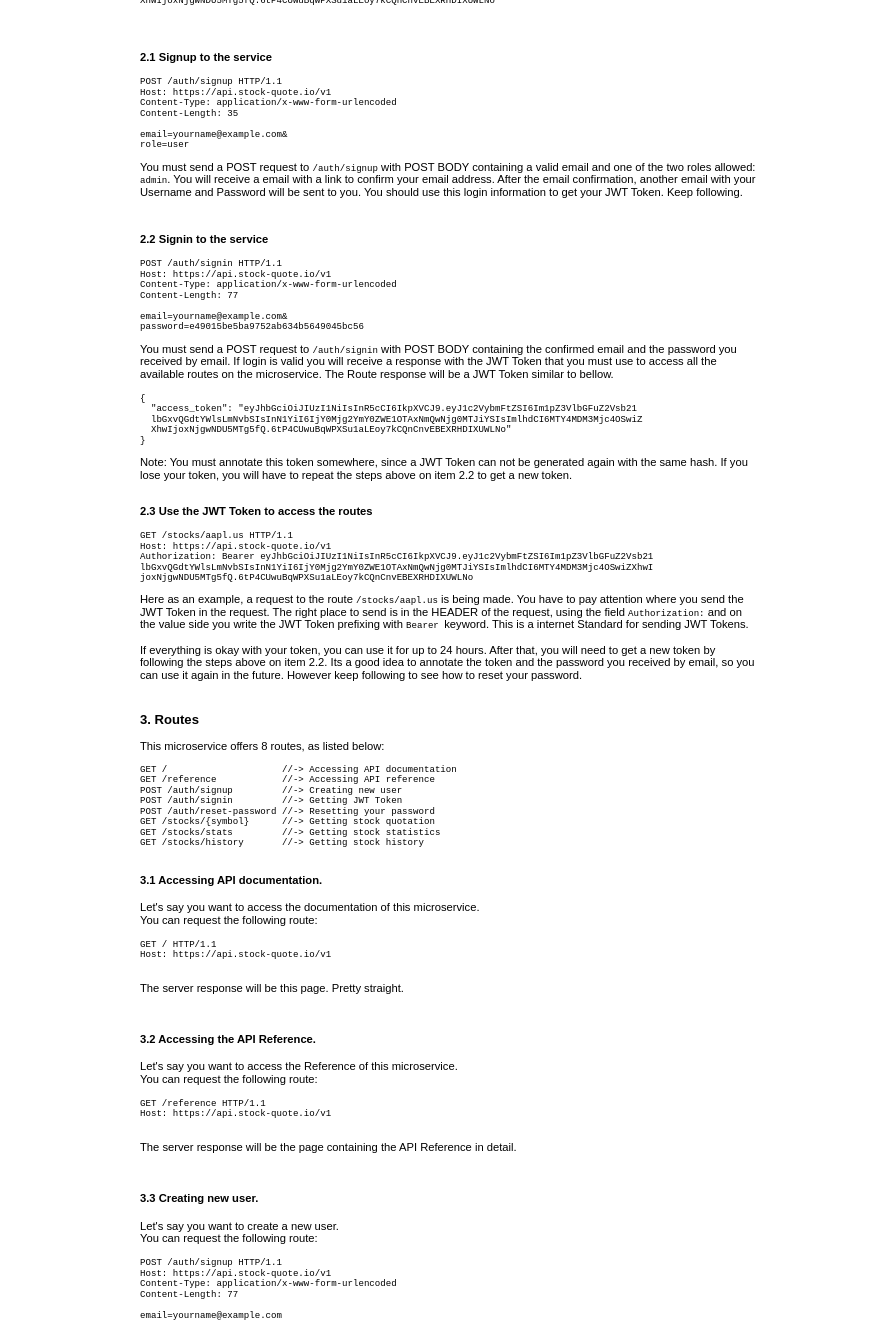
Repository: miguelamello/nest-js
Page: stock-service/documentation.html
The author's editor kept a copy of each file at every save. The page is drawn from the files as they stood at one save, then again after a run of saves.
The browser window is 1280 px wide. The pictures show the part of the page from y = 591 to 2511 px (the page is 6883 px tall before and 6901 px after), at 70% of full size.

Above is the page before, as saved 2023-04-03 14:08:17.

### stock-service/documentation.html
<!DOCTYPE html>
<html lang="en">
<head>
  <meta charset="UTF-8">
  <meta http-equiv="X-UA-Compatible" content="IE=edge">
  <meta name="viewport" content="width=device-width, initial-scale=1.0">
  <title>STOCK QUOTE MICROSERVICE DOCUMENTATION</title>
  <style>
    body {
      font-family: Arial, Helvetica, sans-serif;
      padding: 3% 15%;
    }
    h3 {
      margin-top: 5%;
    }
    pre {
      margin: 0;
      overflow: auto;
    }
  </style>
</head>
<body>
  <h2>STOCK QUOTE MICROSERVICE DOCUMENTATION</h2>
  <p>
    This microservice aims to facilitate the acquisition of stock exchange quotes from various
    companies in US and UK. Please follow the documentation to get a complete understanding
    of how the service works.
  </p>

  <h3>1. Entrypoint</h3>
  <code>https://api.stock-quote.io/v1</code>
  <p>
    All routes starts from the entrypoint above. Accessing this entrypoint will
    retrieve the STOCK QUOTE MICROSERVICE DOCUMENTATION in a friendly presentation,
    as easy to read as this page can be.
  </p>

  <p>If you want for a more detailed documentation, you should navigate to the
    STOCK QUOTE MICROSERVICE REFERENCE where you will find more technical
    explanations about the service.
  </p>

  <pre>
GET /reference HTTP/1.1
Host: https://api.stock-quote.io/v1
  </pre>

  <h3>2. Authentication</h3>
  <p>A JSON Web Token (JWT) Authentication is required for some routes on the microservice.
    Below are listed the steps that must be followed to get a valid JWT Token. The token is
    a string similar to the following:
  </p>

  <pre>
eyJhbGciOiJIUzI1NiIsInR5cCI6IkpXVCJ9.eyJ1c2VybmFtZSI6Im1pZ3VlbGFuZ2Vsb21
lbGxvQGdtYWlsLmNvbSIsInN1YiI6IjY0Mjg2YmY0ZWE1OTAxNmQwNjg0MTJiYSIsImlhdCI6MTY4MDM3Mjc4OSwiZ
XhwIjoxNjgwNDU5MTg5fQ.6tP4CUwuBqWPXSu1aLEoy7kCQnCnvEBEXRHDIXUWLNo
  </pre>
  <p>

    <br><div><b>2.1 Signup to the service</b></div><br>

    <pre>
POST /auth/signup HTTP/1.1
Host: https://api.stock-quote.io/v1
Content-Type: application/x-www-form-urlencoded
Content-Length: 35

email=yourname@example.com&
role=user
    </pre>

    <div>You must send a POST request to <code>/auth/signup</code> with POST BODY containing a valid email
      and one of the two roles allowed: <code>admin</code>.
      You will receive a email with a link to confirm your email address. After the email confirmation,
      another email with your Username and Password will be sent to you. You should use this login
      information to get your JWT Token. Keep following.</div>
    </div>
  </p>

  <p>
    <br><div><b>2.2 Signin to the service</b></div><br>

    <pre>
POST /auth/signin HTTP/1.1
Host: https://api.stock-quote.io/v1
Content-Type: application/x-www-form-urlencoded
Content-Length: 77

email=yourname@example.com&
password=e49015be5ba9752ab634b5649045bc56
    </pre>

    <div>You must send a POST request to <code>/auth/signin</code> with POST BODY containing the
      confirmed email and the password you received by email. If login is valid you will
      receive a response with the JWT Token that you must use to access all the available
      routes on the microservice. The Route response will be a JWT Token similar to bellow.
    </div><br>

    <pre>
{
  "access_token": "eyJhbGciOiJIUzI1NiIsInR5cCI6IkpXVCJ9.eyJ1c2VybmFtZSI6Im1pZ3VlbGFuZ2Vsb21
  lbGxvQGdtYWlsLmNvbSIsInN1YiI6IjY0Mjg2YmY0ZWE1OTAxNmQwNjg0MTJiYSIsImlhdCI6MTY4MDM3Mjc4OSwiZ
  XhwIjoxNjgwNDU5MTg5fQ.6tP4CUwuBqWPXSu1aLEoy7kCQnCnvEBEXRHDIXUWLNo"
}
    </pre>

    <div>Note: You must annotate this token somewhere, since a JWT Token can not be generated
      again with the same hash. If you lose your token, you will have to repeat the steps above
      on item 2.2 to get a new token.
    </div><br>

  </p>

  <p>
    <div><b>2.3 Use the JWT Token to access the routes</b></div><br>

    <pre>
GET /stocks/aapl.us HTTP/1.1
Host: https://api.stock-quote.io/v1
Authorization: Bearer eyJhbGciOiJIUzI1NiIsInR5cCI6IkpXVCJ9.eyJ1c2VybmFtZSI6Im1pZ3VlbGFuZ2Vsb21
lbGxvQGdtYWlsLmNvbSIsInN1YiI6IjY0Mjg2YmY0ZWE1OTAxNmQwNjg0MTJiYSIsImlhdCI6MTY4MDM3Mjc4OSwiZXhwI
joxNjgwNDU5MTg5fQ.6tP4CUwuBqWPXSu1aLEoy7kCQnCnvEBEXRHDIXUWLNo
    </pre>

    <div>Here as an example, a request to the route <code>/stocks/aapl.us</code> is being made.
      You have to pay attention where you send the JWT Token in the request. The right place to
      send is in the HEADER of the request, using the field <code>Authorization:</code> and on the
      value side you write the JWT Token prefixing with <code>Bearer </code> keyword. This is a internet
      Standard for sending JWT Tokens.
    </div><br>

    <div>
      If everything is okay with your token, you can use it for up to 24 hours. After that, you will
      need to get a new token by following the steps above on item 2.2. Its a good idea to annotate
      the token and the password you received by email, so you can use it again in the future. However
      keep following to see how to reset your password.
    </div>
  </p>

  <h3>3. Routes</h3>

  <p>This microservice offers 8 routes, as listed below:</p>

  <pre>
GET /                     //-> Accessing API documentation
GET /reference            //-> Accessing API reference
POST /auth/signup         //-> Creating new user
POST /auth/signin         //-> Getting JWT Token
POST /auth/reset-password //-> Resetting your password
GET /stocks/{symbol}      //-> Getting stock quotation
GET /stocks/stats         //-> Getting stock statistics
GET /stocks/history       //-> Getting stock history
  </pre>

  <h4>3.1 Accessing API documentation.</h4>

  <p>
    <div>Let's say you want to access the documentation of this microservice.</div>
    <div>You can request the following route:</div><br>
    <pre>
GET / HTTP/1.1
Host: https://api.stock-quote.io/v1
    </pre>

    <p>The server response will be this page. Pretty straight.</p>
  </p>

  <br><h4>3.2 Accessing the API Reference.</h4>

  <p>
    <div>Let's say you want to access the Reference of this microservice.</div>
    <div>You can request the following route:</div><br>
    <pre>
GET /reference HTTP/1.1
Host: https://api.stock-quote.io/v1
    </pre>

    <p>The server response will be the page containing the API Reference in detail.</p>
  </p>

  <br><h4>3.3 Creating new user.</h4>

  <p>
    <div>Let's say you want to create a new user.</div>
    <div>You can request the following route:</div><br>

    <pre>
POST /auth/signup HTTP/1.1
Host: https://api.stock-quote.io/v1
Content-Type: application/x-www-form-urlencoded
Content-Length: 77

email=yourname@example.com
    </pre>

    <p>The server response will be a JSON similar to:</p>

    <pre>
{
  "email": "josetrindade@ipp.com",
  "role": "user",
  "message": "User created successfully. Check your email for the password."
}
    </pre>

    <div>
      Note: The password will be sent to the email you provided. If you don't receive the email,
      check your spam folder. If you still don't receive the email, please contact us at
      <code>developers@stock-quote.io</code>
    </div>

    <br><h4>3.4 Getting JWT Token.</h4>

  <p>
    <div>Let's say you want to grab the JWT Token.</div>
    <div>You can request the following route:</div><br>

    <pre>
POST /auth/signin HTTP/1.1
Host: https://api.stock-quote.io/v1
Content-Type: application/x-www-form-urlencoded
Content-Length: 102

email=yourname@example.com&
password=e49015be5ba9752ab634b5649045bc56
    </pre>

    <p>The server response will be a JSON similar to:</p>

    <pre>
{
  "access_token": "eyJhbGciOiJIUzI1NiIsInR5cCI6IkpXVCJ9.eyJ1c2VybmFtZSI6Im1pZ3VlbGFuZ2Vsb21
  lbGxvQGdtYWlsLmNvbSIsInN1YiI6IjY0Mjg2YmY0ZWE1OTAxNmQwNjg0MTJiYSIsImlhdCI6MTY4MDM3Mjc4OSwiZ
  XhwIjoxNjgwNDU5MTg5fQ.6tP4CUwuBqWPXSu1aLEoy7kCQnCnvEBEXRHDIXUWLNo"
}
    </pre>

    <div>
      Note: The access_token is the JWT Token you will use to access the other routes.
      Please refer to item 2.3 to see how to use it.
    </div>

    <br><h4>3.5 Resetting your password.</h4>

  <p>
    <div>Suppose your forgot or lost your password.</div>
    <div>So you have to reset it, right?. </div>
    <div>You can request the following route:</div><br>

    <pre>
POST /auth/reset-password HTTP/1.1
Host: https://api.stock-quote.io/v1
Content-Type: application/x-www-form-urlencoded
Content-Length: 85

email=yourname@example.com
    </pre>

    <p>The server response will be a JSON similar to:</p>

    <pre>
{
  "email": "josetrindade@ipp.com",
  "role": "user",
  "message": "Password reseted successfully. Check your email for the password."
}
    </pre>

    <div>
      Note: The password will be sent to the email you provided since it exists as current user.
      If you don't receive the email, check your spam folder. If you still don't receive the email,
      please contact us at <code>developers@stock-quote.io</code>
    </div>

    <br><h4>3.6 Getting stock quotation.</h4>

  <p>
    <div><b>Example 3.6.1:</b></div>
    <div>Let's say you want to get the US stock quote of Apple Inc. (AAPL).</div>
    <div>You can request the following route:</div><br>
    <pre>
GET /stocks/t.us HTTP/1.1
Host: https://api.stock-quote.io/v1
Authorization: Bearer eyJhbGciOiJIUzI1NiIsInR5cCI6IkpXVCJ9.eyJ1c2VybmFtZSI6Impvc2V0cm
luZGFkZUBpcHAuY29tIiwic3ViIjoiNjQyOWNiYTU4M2JjYzAyZDQzNjY3NzgzIiwiaWF0IjoxNjgwNDYwNzQ4
LCJleHAiOjE2ODA1NDcxNDh9.FnLXfRf7x2kIjwYxHPb5NBxYOhrLcuSBF3Yzz-VkC8E
    </pre>

    <p>The server response will be a JSON similar to:</p>

    <pre>
{
  "symbol":"AAPL.US",
  "date":"2023-03-28",
  "time":"22:00:07",
  "open":157.97,
  "high":158.49,
  "low":155.98,
  "close":157.65,
  "volume":38112523,
  "name":"APPLE"
}
    </pre>
  </p>
  <p>
    <div><b>Example 3.6.2:</b></div>
    <div>Let's say you want to get the UK stock quote of HSBC HOLDINGS. (HSBA.UK).</div>
    <div>You can request the following endpoint:</div><br>
    <pre>
GET /stocks/hsbc.uk HTTP/1.1
Host: https://api.stock-quote.io/v1
Authorization: Bearer eyJhbGciOiJIUzI1NiIsInR5cCI6IkpXVCJ9.eyJ1c2VybmFtZSI6Impvc2V0cm
luZGFkZUBpcHAuY29tIiwic3ViIjoiNjQyOWNiYTU4M2JjYzAyZDQzNjY3NzgzIiwiaWF0IjoxNjgwNDYwNzQ4
LCJleHAiOjE2ODA1NDcxNDh9.FnLXfRf7x2kIjwYxHPb5NBxYOhrLcuSBF3Yzz-VkC8E
    </pre>

    <p>The server response will be a JSON similar to:</p>

    <pre>
{
  "symbol":"HSBA.UK",
  "date":"2023-03-28",
  "time":"17:39:12",
  "open":546,
  "high":549.3,
  "low":536.3,
  "close":541.1,
  "volume":21063071,
  "name":"HSBC HOLDINGS"
}
    </pre>
  </p>

  <p>
    <div><b>Example 3.6.3:</b></div>
    <div>Let's say you want to get the US Nasdaq stock quote of AMERICAN AIRLINES GROUP (AAL.US).</div>
    <div>However you mispelled the symbol.</div><br>
    <pre>
GET /stocks/aml.us HTTP/1.1
Host: https://api.stock-quote.io/v1
Authorization: Bearer eyJhbGciOiJIUzI1NiIsInR5cCI6IkpXVCJ9.eyJ1c2VybmFtZSI6Impvc2V0cm
luZGFkZUBpcHAuY29tIiwic3ViIjoiNjQyOWNiYTU4M2JjYzAyZDQzNjY3NzgzIiwiaWF0IjoxNjgwNDYwNzQ4
LCJleHAiOjE2ODA1NDcxNDh9.FnLXfRf7x2kIjwYxHPb5NBxYOhrLcuSBF3Yzz-VkC8E
    </pre>

    <p>The server response will be a JSON similar to:</p>

    <pre>
{
  "statusCode": 400,
  "message": "A valid stock symbol is required."
}
    </pre>

    <p>
      <b>Note:</b> This route require a valid JWT Token to be sent on the request header.
    </p>
  </p>

  <br><h4>3.7 Getting stock history.</h4>

  <p>
    <div>Let's say you want to get the history of recent stock quotes made.</div>
    <div>You can request the following route:</div><br>
    <pre>
GET /stocks/history HTTP/1.1
Host: https://api.stock-quote.io/v1
Authorization: Bearer eyJhbGciOiJIUzI1NiIsInR5cCI6IkpXVCJ9.eyJ1c2VybmFtZSI6Im1pZ3VlbGFuZ2Vsb21lbGxvQG
dtYWlsLmNvbSIsInN1YiI6IjY0Mjk4ODg1ZWI4YmU1YzI4NzE5ZWU4YSIsImlhdCI6MTY4MDQ0MzUzNSwiZXhwIjoxNjgwNTI5OTM
1fQ.Z_RNznoqwGqKB2SdTPnZFDmCgH7ZJLUXls9ye1pUoe8
    </pre>

    <p>The server response will be a JSON similar to:</p>

    <pre>
[
  {
      "date": "2023-03-31T22:04:24.000Z",
      "name": "AT&T",
      "symbol": "T.US",
      "open": 19.12,
      "high": 19.25,
      "low": 19.03,
      "close": 19.25
  },
  {
      "date": "2023-03-31T22:00:20.000Z",
      "name": "UNITED STATES STEEL",
      "symbol": "X.US",
      "open": 26.39,
      "high": 26.46,
      "low": 25.955,
      "close": 26.1
  },
  {
      "date": "2023-03-31T22:00:15.000Z",
      "name": "ZILLOW GROUP",
      "symbol": "Z.US",
      "open": 43.07,
      "high": 44.54,
      "low": 42.98,
      "close": 44.47
  },
  ...
]
    </pre>
  </p>

  <br><h4>3.7 Getting stock statistics.</h4>

  <p>
    <div>Let's say you are the ADMIN and want to get the statistics of recent stock quotes made.</div>
    <div>You can request the following route:</div><br>
    <pre>
GET /stocks/stat HTTP/1.1
Host: https://api.stock-quote.io/v1
Authorization: Bearer eyJhbGciOiJIUzI1NiIsInR5cCI6IkpXVCJ9.eyJ1c2VybmFtZSI6Im1pZ3VlbGFuZ2Vsb21lbGxvQG
dtYWlsLmNvbSIsInN1YiI6IjY0Mjk4ODg1ZWI4YmU1YzI4NzE5ZWU4YSIsImlhdCI6MTY4MDQ0MzUzNSwiZXhwIjoxNjgwNTI5OTM
1fQ.Z_RNznoqwGqKB2SdTPnZFDmCgH7ZJLUXls9ye1pUoe8
    </pre>

    <p>The server response will be a JSON similar to:</p>

    <pre>
[
  {
      "times_requested": 4,
      "symbol": "d.us",
      "name": "dominion energy"
  },
  {
      "times_requested": 3,
      "symbol": "b.us",
      "name": "barnes group"
  },
  {
      "times_requested": 3,
      "symbol": "a.us",
      "name": "agilent technologies"
  },
  {
      "times_requested": 1,
      "symbol": "f.us",
      "name": "ford motor"
  },
  {
      "times_requested": 1,
      "symbol": "x.us",
      "name": "united states steel"
  },
  {
      "times_requested": 1,
      "symbol": "z.us",
      "name": "zillow group"
  },
  {
      "times_requested": 1,
      "symbol": "c.us",
      "name": "citigroup"
  },
  ...
]
    </pre>
  </p>

  <h3>4. Error Responses</h3>

  <p>
    Server will respond with an Error Object Literal containing
    the status and the message of error. Errors can be triggered
    by the client itself, for example when sending mistyped endpoints
    or the server itself can trigger a Error when a
    task can not be completed for any reason.
  </p>

  <p>
    <code>{ "statusCode": number, "message": string }</code><br>
    <div>
      The object literal returned will contain two properties:
      "statusCode" with a number and "message" with the human readable text.
    </div>
  </p>

  <p>Exemple Error Message:</p>
  <p>
    <code>
      {"statusCode":400,"message":"Symbol must be a valid quote."}
    </code>
  </p>

  <h3>5. Disclaimer</h3>
  <p>
    This microservice should be used strictly as proposed in this documentation.
    Any usage that is not in accordance with the documentation may result in harmful
    consequences to the user. The authors of this service are not responsible for
    any misuse of the proposed microservice and its consequences. If you have any question,
    suggestion, information regarding the use of this service, please contact
    the authors at <b>developers@stock-quote.io</b>
  </p>

</body>
</html>

After the next 2 saves:
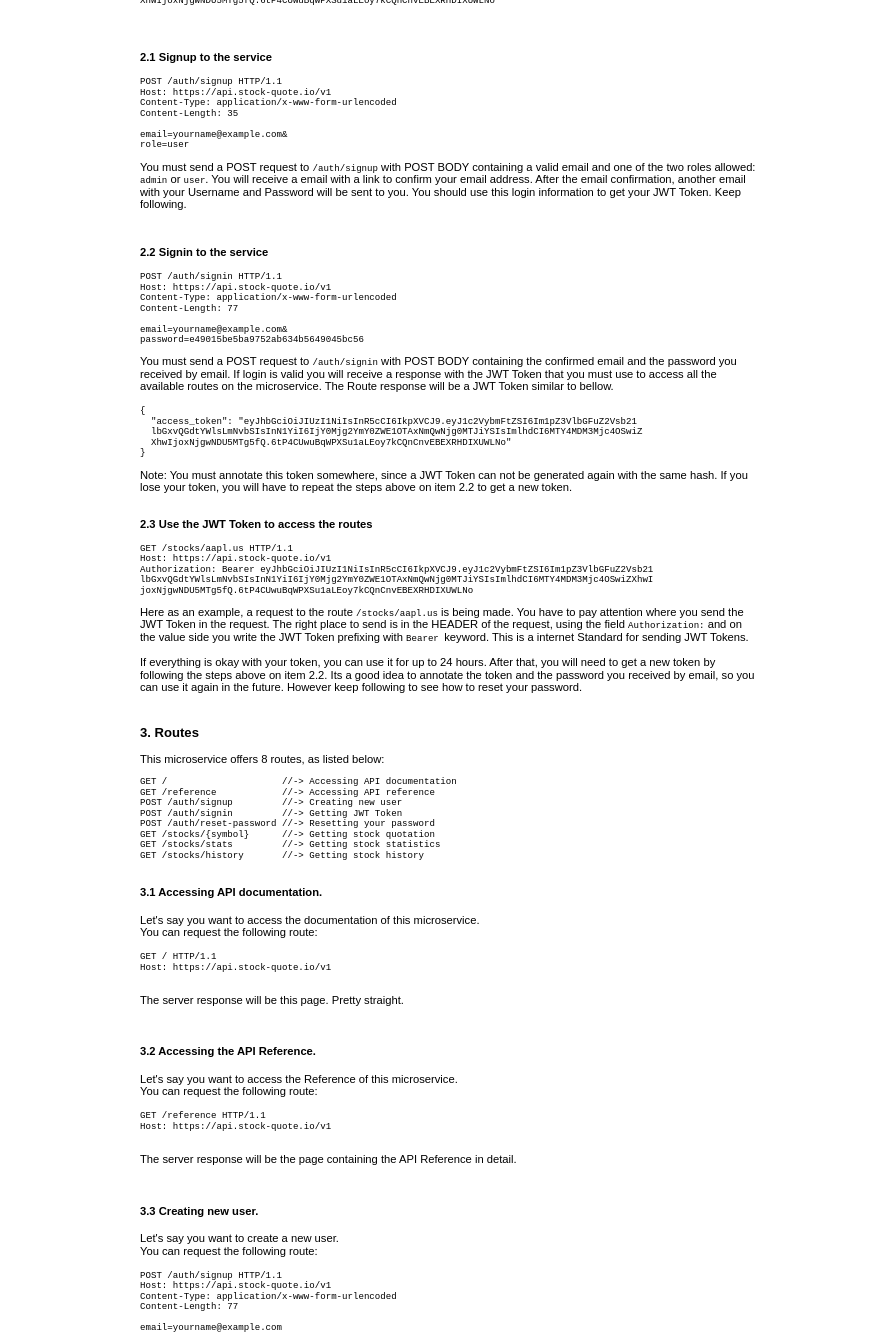
The 2 saves are shown as one change because they came seconds apart.
The last was saved 15 s later.
--- a/stock-service/documentation.html
+++ b/stock-service/documentation.html
@@ -71,7 +71,7 @@ role=user
     </pre>
 
     <div>You must send a POST request to <code>/auth/signup</code> with POST BODY containing a valid email
-      and one of the two roles allowed: <code>admin</code>.
+      and one of the two roles allowed: <code>admin</code> or <code>user</code>.
       You will receive a email with a link to confirm your email address. After the email confirmation,
       another email with your Username and Password will be sent to you. You should use this login
       information to get your JWT Token. Keep following.</div>
